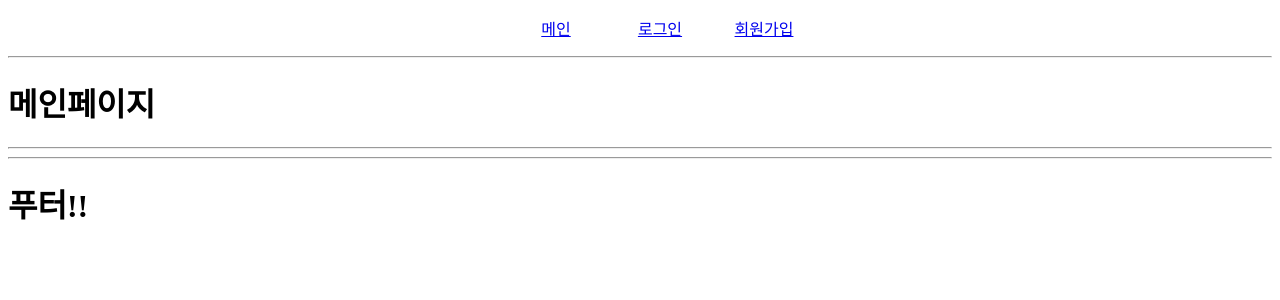
Repository: design-view/jsp-work
Page: http://localhost/cos/main.jsp
The author's editor kept a copy of each file at every save. The page is drawn from the files as they stood at one save, then again after the next save.
The browser window is 1280 px wide. The pictures show the whole page.
The page is served by Tomcat 9.

Above is the page before, as saved 2020-08-22 06:26:40.

After the next save:
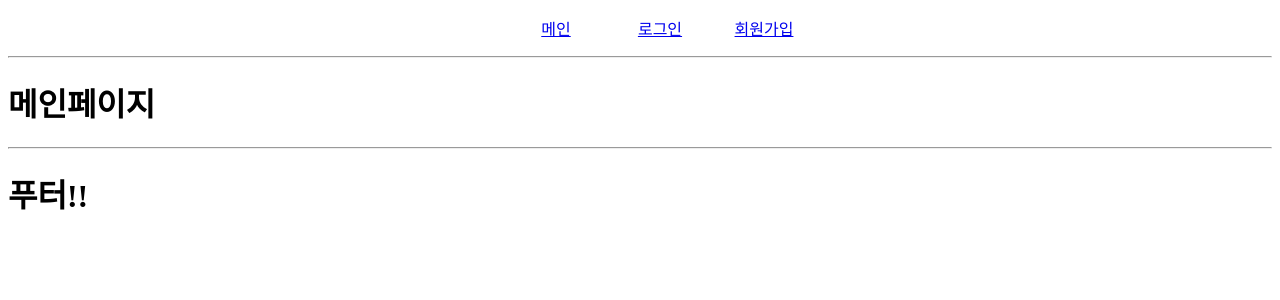
Saved 17 s later.
--- a/cos/WebContent/main.jsp
+++ b/cos/WebContent/main.jsp
@@ -2,5 +2,4 @@
     pageEncoding="UTF-8"%>
 <%@ include file="layout/header.jsp" %>
 	<h1>메인페이지</h1>
-	<hr/>
 <%@ include file="layout/footer.jsp" %>
